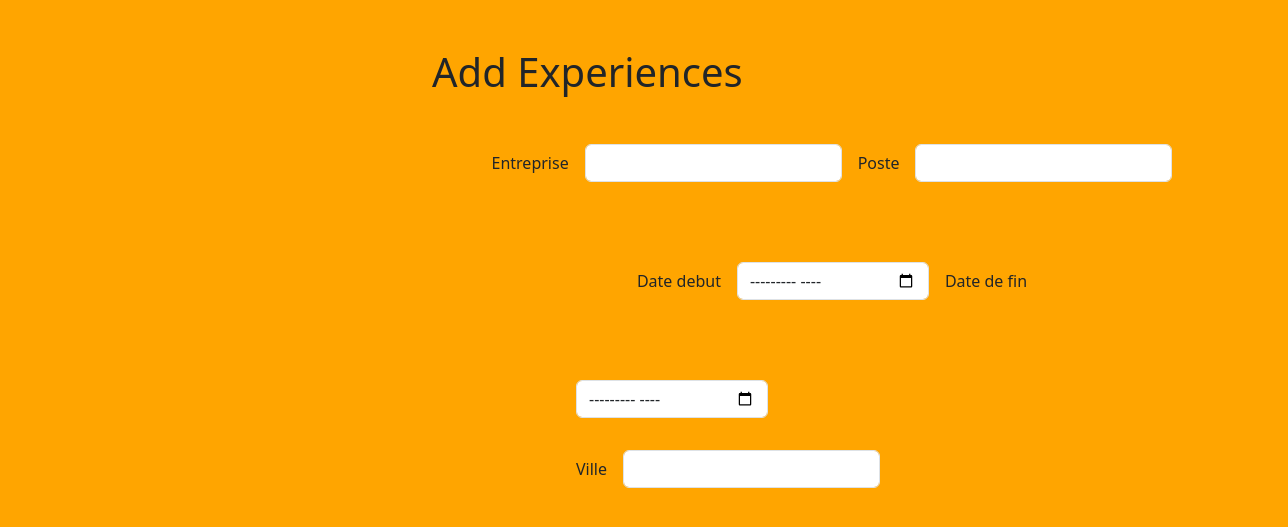
Repository: moAllElite/Examen-EJB-WEB-EAR
Page: http://localhost/SearchJobsWeb/views/exp_form_skills/addExp.jsp
These files come from the project's save history. The page is drawn as it stood at one moment and after the next save; the edit follows.
The browser window is 1280 px wide. The page is 1280 px wide, then 1288 px, so the pictures cover 1288 px, including what lies to the right of the window. The pictures show the whole page.
The page is served by Tomcat 9. Nobody is signed in. The application's start-up code is not run. Other server files are loaded and not shown.

Above is the page before, as saved 2023-03-25 22:40:36.

### SearchJobsWeb/src/main/webapp/views/exp_form_skills/addExp.jsp
<%@ page language="java" contentType="text/html; charset=ISO-8859-1"
    pageEncoding="ISO-8859-1"%>
<!DOCTYPE html>
<html>
<head>
<meta charset="ISO-8859-1">
<title>Experience</title>
</head>
<body>
	<h1 class=" m-5">Add Experiences</h1>
	<form method="post" action="AddExperience">
		<jsp:include page="main.jsp"></jsp:include>
	</form>
</body>
</html>

### SearchJobsWeb/src/main/webapp/views/exp_form_skills/main.jsp
<%@ page language="java" contentType="text/html; charset=ISO-8859-1"
    pageEncoding="ISO-8859-1"%>
<!DOCTYPE html>
<html>
<head>
<meta charset="ISO-8859-1">
<title>Insert title here</title>
	 <link href="https://cdn.jsdelivr.net/npm/bootstrap@5.3.0-alpha1/dist/css/bootstrap.min.css" rel="stylesheet" integrity="sha384-GLhlTQ8iRABdZLl6O3oVMWSktQOp6b7In1Zl3/Jr59b6EGGoI1aFkw7cmDA6j6gD" crossorigin="anonymous">

	</head>
	<body  style="background-color: orange; margin-left: 30%;">
		<!-- Example Code -->
    	<div class="d-flex justify-content-evenly mt-5">
	 	   <div class="row g-3 align-items-center sm-5">
		      <div class="col-auto">
		        <label for="inputPassword6" class="col-form-label">Entreprise</label>
		      </div>
			   <div class="col-auto">
			      <input type="text"  class="form-control" name="societe" name="" aria-describedby="addon-wrapping">
			    </div>
			    <div class="col-auto">
			      <label for="inputPassword6" class="col-form-label">Poste</label>
			    </div>
			   <div class="col-auto">
			      <input type="text"  class="form-control" name="poste" required="required" aria-describedby="addon-wrapping">
			   </div>
		  	</div>
		 </div>

		  	<!-- Example Code -->
	    <div class="d-flex justify-content-evenly mt-5">
		    <div class="row g-3 align-items-center mt-3">
		      <div class="col-auto">
		        <label for="inputPassword6" class="col-form-label">Date debut</label>
		      </div>
		      <div class="col-auto">
		        <input type="month" name="datedb"  class="form-control" required="required"  aria-describedby="addon-wrapping">
		      </div>
		      <div class="col-auto">
		      <label for="inputPassword6" class="col-form-label">Date de fin</label>
		    </div>
		   </div>
		</div>
		<div class="d-flex justify-content-evenly mt-5">
		    <div class="row g-3 align-items-center mt-3">
			    <div class="col-auto">
		    	  <input type="month"  name="datefn" required="required" class="form-control"  aria-describedby="addon-wrapping">
		    	</div>
		    <div class="row g-3 align-items-center mt-3">
		      <div class="col-auto">
		        <label for="inputPassword6" class="col-form-label">Ville</label>
		      </div>
		      <div class="col-auto">
		        <input type="text" name="ville"  class="form-control" required="required"  aria-describedby="addon-wrapping">
		      </div>
		      </div>
		  </div>
	 </div>

	  	<script src="https://cdn.jsdelivr.net/npm/@popperjs/core@2.11.6/dist/umd/popper.min.js" integrity="sha384-oBqDVmMz9ATKxIep9tiCxS/Z9fNfEXiDAYTujMAeBAsjFuCZSmKbSSUnQlmh/jp3" crossorigin="anonymous"></script>
		<script src="https://cdn.jsdelivr.net/npm/bootstrap@5.3.0-alpha1/dist/js/bootstrap.min.js" integrity="sha384-mQ93GR66B00ZXjt0YO5KlohRA5SY2XofN4zfuZxLkoj1gXtW8ANNCe9d5Y3eG5eD" crossorigin="anonymous"></script>

	</body>
</html>

After the next save:
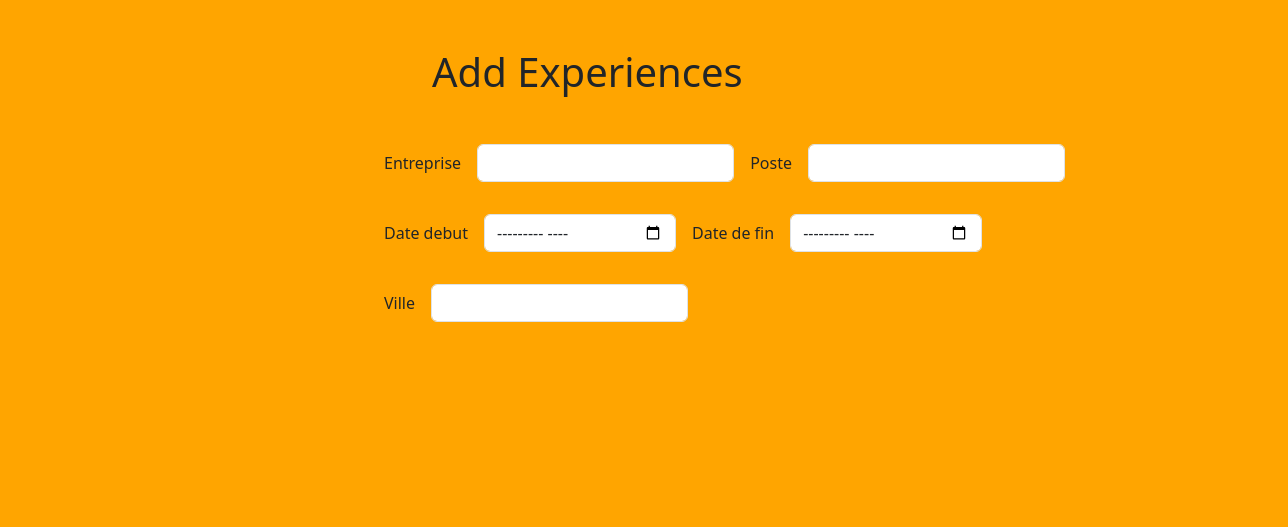
Saved 75 s later.
--- a/SearchJobsWeb/src/main/webapp/views/exp_form_skills/main.jsp
+++ b/SearchJobsWeb/src/main/webapp/views/exp_form_skills/main.jsp
@@ -10,25 +10,24 @@
 	</head>
 	<body  style="background-color: orange; margin-left: 30%;">
 		<!-- Example Code -->
-    	<div class="d-flex justify-content-evenly mt-5">
-	 	   <div class="row g-3 align-items-center sm-5">
+    	<div class=""d-flex justify-content-evenly mt-5">
+	    <div class="row g-3 align-items-center sm-5">
 		      <div class="col-auto">
 		        <label for="inputPassword6" class="col-form-label">Entreprise</label>
 		      </div>
-			   <div class="col-auto">
-			      <input type="text"  class="form-control" name="societe" name="" aria-describedby="addon-wrapping">
+			      <div class="col-auto">
+			        <input type="text"  class="form-control" name="societe" name="" aria-describedby="addon-wrapping">
+			      </div>
+			      <div class="col-auto">
+			      <label for="inputPassword6" class="col-form-label">Poste</label>
 			    </div>
 			    <div class="col-auto">
-			      <label for="inputPassword6" class="col-form-label">Poste</label>
+			      <input type="text"  class="form-control" name="poste" required="required" aria-describedby="addon-wrapping">
 			    </div>
-			   <div class="col-auto">
-			      <input type="text"  class="form-control" name="poste" required="required" aria-describedby="addon-wrapping">
-			   </div>
 		  	</div>
 		 </div>
-
 		  	<!-- Example Code -->
-	    <div class="d-flex justify-content-evenly mt-5">
+	    <div class=""d-flex justify-content-evenly mt-5">
 		    <div class="row g-3 align-items-center mt-3">
 		      <div class="col-auto">
 		        <label for="inputPassword6" class="col-form-label">Date debut</label>
@@ -39,13 +38,10 @@
 		      <div class="col-auto">
 		      <label for="inputPassword6" class="col-form-label">Date de fin</label>
 		    </div>
-		   </div>
-		</div>
-		<div class="d-flex justify-content-evenly mt-5">
-		    <div class="row g-3 align-items-center mt-3">
-			    <div class="col-auto">
-		    	  <input type="month"  name="datefn" required="required" class="form-control"  aria-describedby="addon-wrapping">
-		    	</div>
+
+		    <div class="col-auto">
+		      <input type="month"  name="datefn" required="required" class="form-control"  aria-describedby="addon-wrapping">
+		    </div>
 		    <div class="row g-3 align-items-center mt-3">
 		      <div class="col-auto">
 		        <label for="inputPassword6" class="col-form-label">Ville</label>
@@ -55,7 +51,6 @@
 		      </div>
 		      </div>
 		  </div>
-	 </div>
 
 	  	<script src="https://cdn.jsdelivr.net/npm/@popperjs/core@2.11.6/dist/umd/popper.min.js" integrity="sha384-oBqDVmMz9ATKxIep9tiCxS/Z9fNfEXiDAYTujMAeBAsjFuCZSmKbSSUnQlmh/jp3" crossorigin="anonymous"></script>
 		<script src="https://cdn.jsdelivr.net/npm/bootstrap@5.3.0-alpha1/dist/js/bootstrap.min.js" integrity="sha384-mQ93GR66B00ZXjt0YO5KlohRA5SY2XofN4zfuZxLkoj1gXtW8ANNCe9d5Y3eG5eD" crossorigin="anonymous"></script>
